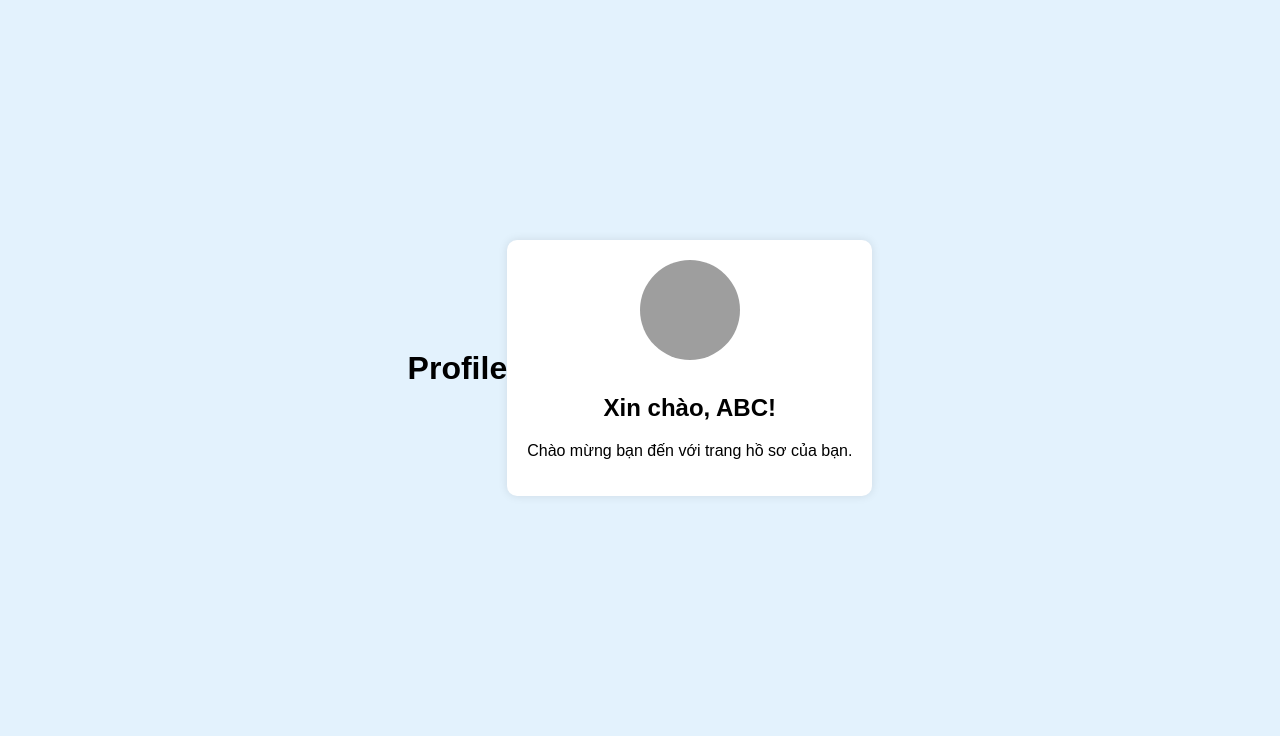
Repository: ThongThien/64132265_Web2
Page: Login/src/main/webapp/UserProfile.html
An editor plug-in stored every save of this project. The page is shown before and after the next save, followed by the edit.
The browser window is 1280 px wide. The pictures show the whole page.
Pictures or frames that could not be fetched are drawn as grey boxes.

Above is the page before, as saved 2025-02-18 10:35:34.

### Login/src/main/webapp/UserProfile.html
<!DOCTYPE html>
<html>
<head>
<meta charset="UTF-8">
<title>Insert title here</title>
    <style>
        body {
            font-family: Arial, sans-serif;
            display: flex;
            justify-content: center;
            align-items: center;
            height: 100vh;
            background-color: #e3f2fd;
        }
        .profile-container {
            background: white;
            padding: 20px;
            border-radius: 10px;
            box-shadow: 0 0 10px rgba(0, 0, 0, 0.1);
            text-align: center;
        }
        .profile-img {
            width: 100px;
            height: 100px;
            border-radius: 50%;
            object-fit: cover;
            margin-bottom: 10px;
        }
    </style>
</head>
<body>
	<h1>Profile</h1>
	    <div class="profile-container">
        <img src="profile.jpg" alt="Ảnh đại diện" class="profile-img">
        <h2>Xin chào, ABC!</h2>
        <p>Chào mừng bạn đến với trang hồ sơ của bạn.</p>
    </div>
</body>
</html>

After the next save:
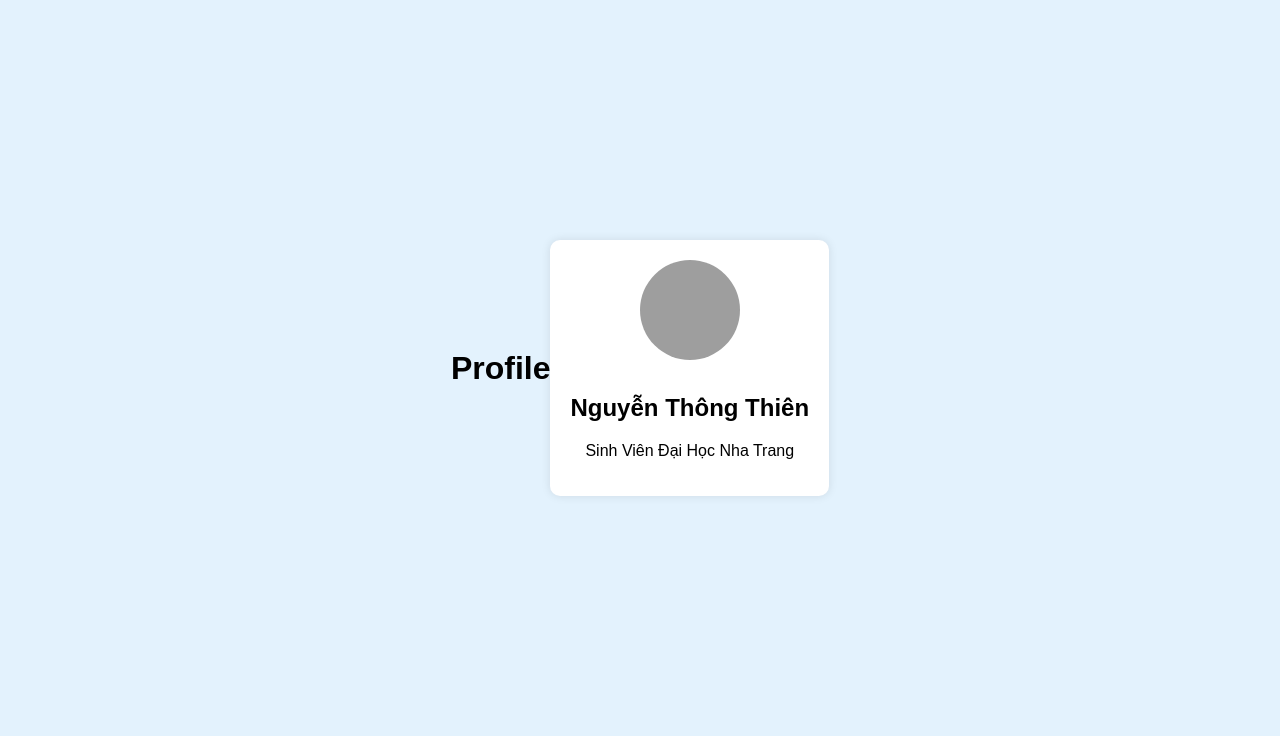
Saved 40 s later.
--- a/Login/src/main/webapp/UserProfile.html
+++ b/Login/src/main/webapp/UserProfile.html
@@ -2,7 +2,6 @@
 <html>
 <head>
 <meta charset="UTF-8">
-<title>Insert title here</title>
     <style>
         body {
             font-family: Arial, sans-serif;
@@ -32,8 +31,8 @@
 	<h1>Profile</h1>
 	    <div class="profile-container">
         <img src="profile.jpg" alt="Ảnh đại diện" class="profile-img">
-        <h2>Xin chào, ABC!</h2>
-        <p>Chào mừng bạn đến với trang hồ sơ của bạn.</p>
+        <h2>Nguyễn Thông Thiên</h2>
+        <p>Sinh Viên Đại Học Nha Trang</p>
     </div>
 </body>
 </html>
